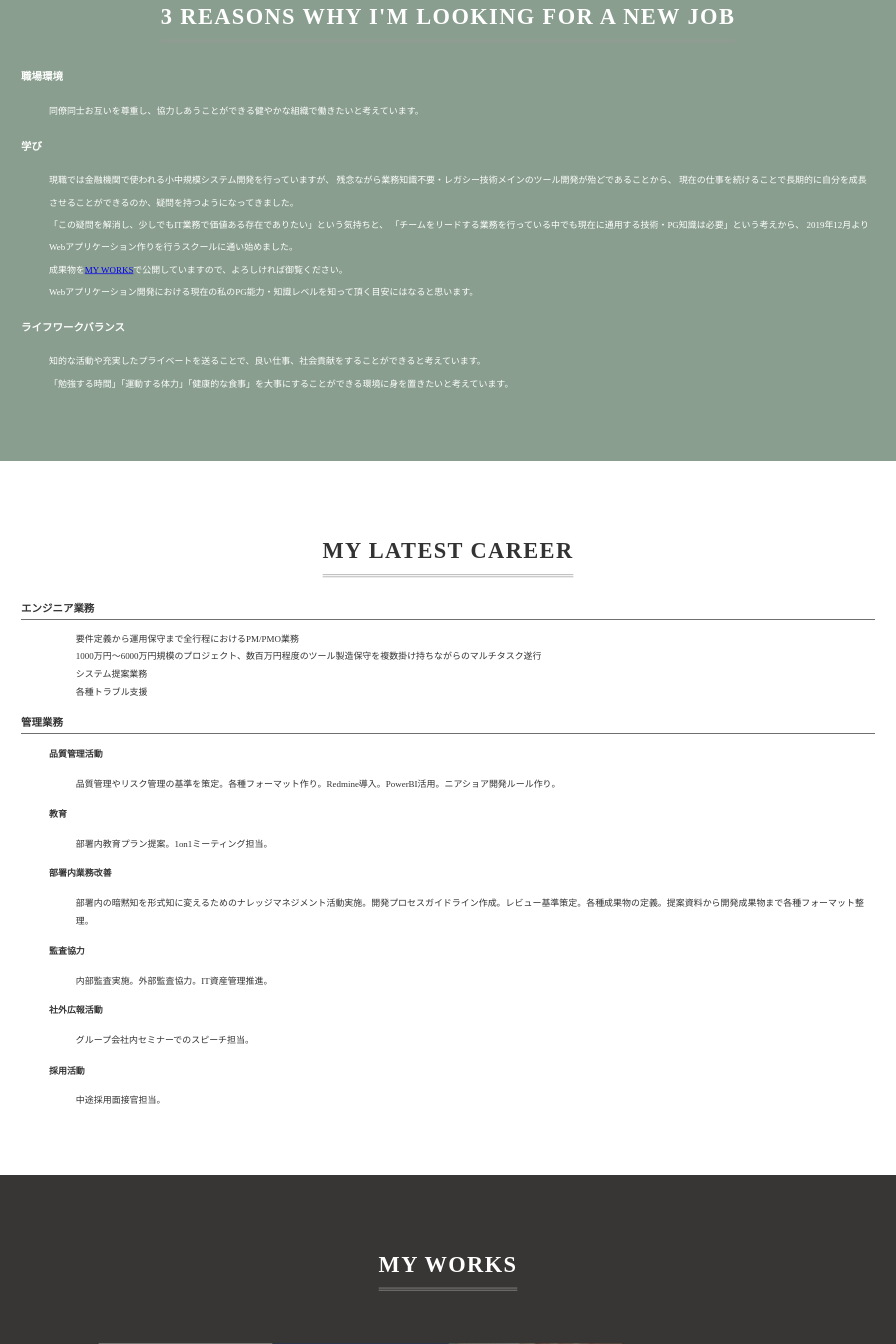
Repository: dackelteckel/myworks
Page: index.html
The author's editor kept a record of every edit. The page is drawn from the files as they stood at one moment, then again after the next edit.
The browser window is 1280 px wide. The pictures show the part of the page from y = 762 to 2682 px (the page is 3160 px tall before and 3217 px after), at 70% of full size.
Backgrounds fixed to the window are drawn as part of the page.

Above is the page before.

After the next edit:
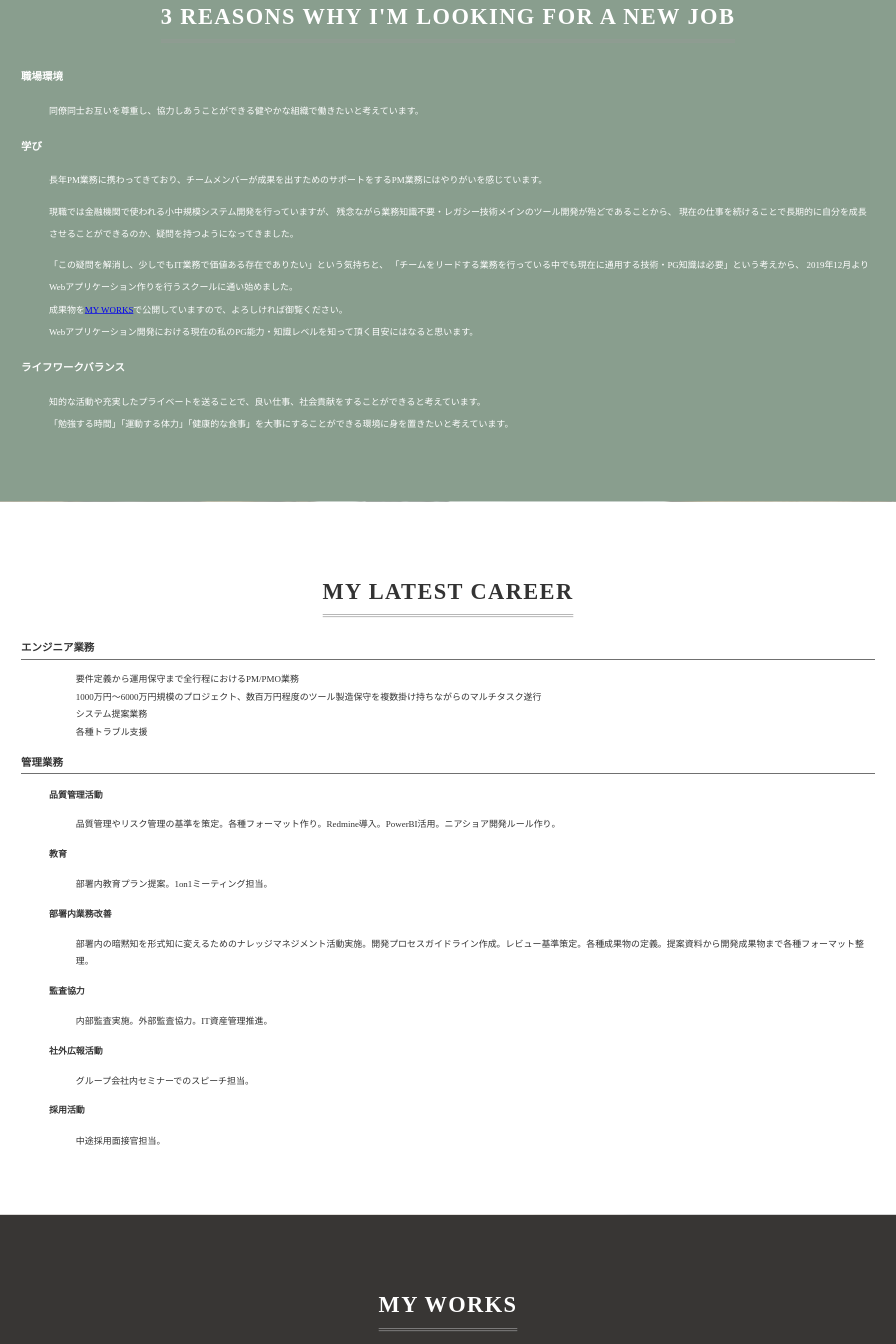
The edit:
--- a/index.html
+++ b/index.html
@@ -73,15 +73,14 @@
         <li>同僚同士お互いを尊重し、協力しあうことができる健やかな組織で働きたいと考えています。</li>
       </ul>
       <h3>学び</h3>
-      <p></p>
       <ul>
         <li>
-
-        </li>
-        <li>
-          現職では金融機関で使われる小中規模システム開発を行っていますが、
-          残念ながら業務知識不要・レガシー技術メインのツール開発が殆どであることから、
-          現在の仕事を続けることで長期的に自分を成長させることができるのか、疑問を持つようになってきました。
+          <p>長年PM業務に携わってきており、チームメンバーが成果を出すためのサポートをするPM業務にはやりがいを感じています。</p>
+          <p>
+            現職では金融機関で使われる小中規模システム開発を行っていますが、
+            残念ながら業務知識不要・レガシー技術メインのツール開発が殆どであることから、
+            現在の仕事を続けることで長期的に自分を成長させることができるのか、疑問を持つようになってきました。
+          </p>
         </li>
         <li>
           「この疑問を解消し、少しでもIT業務で価値ある存在でありたい」という気持ちと、
